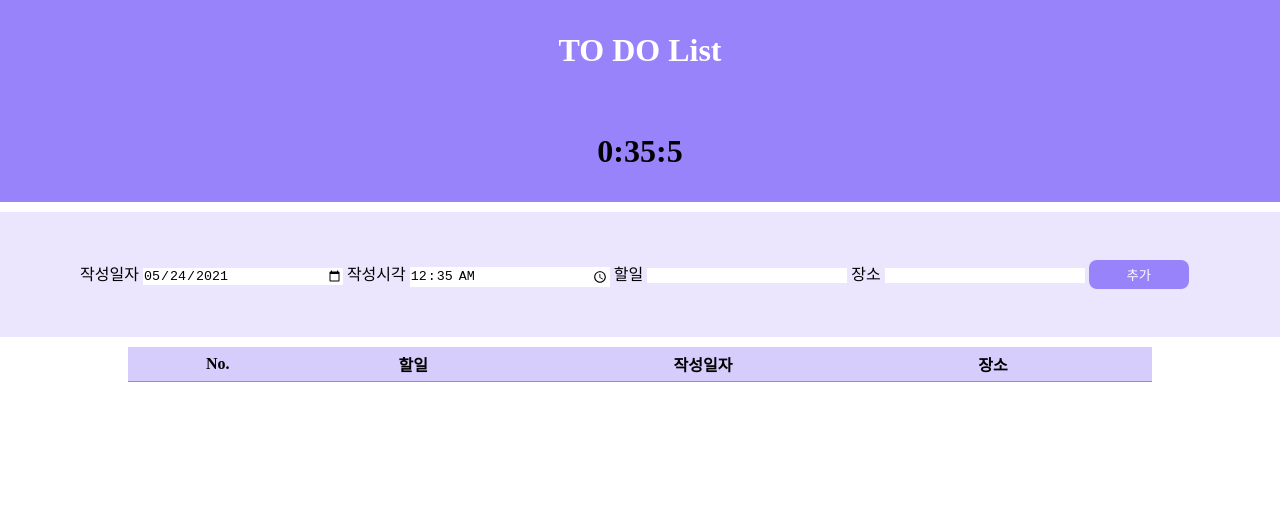
Repository: soyeon-noh/TodoList_Project
Page: http://localhost/Server_PR_TodoList/
An editor plug-in stored every save of this project. The page is shown before and after the next save, followed by the edit.
The browser window is 1280 px wide. The pictures show the whole page.
The page is served by Tomcat 9. Other server files are loaded and not shown. Queries for data that is not in the repository find no rows.

Above is the page before, as saved 2021-05-25 04:10:53.

### Server_PR_TodoList/src/main/webapp/WEB-INF/views/home.jsp
<%@ page language="java" contentType="text/html; charset=UTF-8"
    pageEncoding="UTF-8"%>
<%@ taglib uri="http://java.sun.com/jsp/jstl/core"
			prefix="c"%>
<c:set value="${pageContext.request.contextPath}"
		var="rootPath"/>
<!DOCTYPE html>
<html>
<head>
<meta charset="UTF-8">
<title>TODOList 메인화면</title>
<link href="${rootPath}/static/css/home.css?ver2" rel="stylesheet"/>

<style>

</style>


</head>
  <body>
  	<%@ include file="/WEB-INF/views/include_nav.jsp" %>
    <form class ="v1" method="POST">
    	<div>
    		<label for="date">작성일자</label>
    		<input name="td_date"
    				type="date" value="${TD.td_date}">
    	</div>

    	<div>
    		<label for="time">작성시각</label>
    		<input name="td_time"
    				type="time" value="${TD.td_time}">
    	</div>

    	<div>
    		<label for="todo">할일</label>
    		<input name="td_todo"
    				type="text" value="${TD.td_todo}">
    	</div>

    	<div>
    		<label for="place">장소</label>
    		<input name="td_place"
    				type="text" value="${TD.td_place}">
    	</div>
   		<button class="btn_insert">추가</button>
    </form>

    <table id="tdlist">
      <tr>
        <th>No.</th>
        <th>할일</th>
        <th>작성일자</th>
        <th>장소</th>
        <th></th>
      </tr>
      <c:forEach items="${TDLIST}" var="TD" varStatus="i">
        <tr>
          <td>${i.count}</td>
          <td>${TD.td_todo}</td>
          <td>${TD.td_date}</td>
          <td>${TD.td_place}</td>
          <td><button class="btn_update" data-seq="${TD.td_seq}" type="button">
          		수정</button>
          		<button class="btn_delete" data-seq="${TD.td_seq}" type="button">
          		삭제</button></td>
        </tr>
      </c:forEach>
    </table>
  </body>

  <script>
  // html 코드가 다 화면에 뜨고 나서 실행하라는 명렁
  // 아래 한 줄의 코드가 있어야 어디든디 script를 넣을 수 있다.
	document.addEventListener("DOMContentLoaded",function(){
		document.querySelector("table#tdlist")
		.addEventListener("click", function(ev){
			let className = ev.target.className

			if(className == "btn_delete"){

				let seq = ev.target.dataset.seq
				alert(seq + " 삭제가 완료되었습니다.");

				document
				.location
				.replace( "${rootPath}" +
						"/UD/delete?td_seq="
						+ seq )

			} else if(className == "btn_update"){

				let seq = ev.target.dataset.seq;

				document
				.location
				.href= "${rootPath}" +
						"/UD/update?td_seq="
						+ seq
			}

		})
	})
  </script>

</html>

### Server_PR_TodoList/src/main/webapp/WEB-INF/views/include_nav.jsp
<%@ page language="java" contentType="text/html; charset=UTF-8"
    pageEncoding="UTF-8"%>

<style>
	* {
		margin: 0;
		padding: 0;
		box-sizing: border-box;
	}

    h1.clock {
        color: black;
        text-align: center;
        background-color: rgba(153, 131, 250, 20);
        padding: 2rem;
    }

</style>
<h1>TO DO List</h1>
<h2 class="date"></h2>
<h1 class="clock"></h1>
<script>
	let date = document.querySelector(".date");

    function getDate(){
        const time = new Date();
        const year = time.getUTCFullYear();
        const month = time.getUTCMonth();
        const day = time.getUTCDay();
        date.textContent = year + "-" + month + "-" + day;
    }



	let clock = document.querySelector(".clock");

	function getTime() {
		  const time = new Date();
		  const hour = time.getHours();
		  const minutes = time.getMinutes();
		  const seconds = time.getSeconds();
		  clock.textContent = hour + ":" + minutes + ":" + seconds;


	}

	function init() {
	  setInterval(getTime, 1000);
	}

	init();
</script>

### Server_PR_TodoList/src/main/java/com/callor/todo/controller/HomeController.java
package com.callor.todo.controller;

import java.io.IOException;
import java.text.SimpleDateFormat;
import java.util.Date;
import java.util.List;

import javax.servlet.ServletException;
import javax.servlet.annotation.WebServlet;
import javax.servlet.http.HttpServlet;
import javax.servlet.http.HttpServletRequest;
import javax.servlet.http.HttpServletResponse;

import com.callor.todo.model.TodoListVO;
import com.callor.todo.service.TodoService;
import com.callor.todo.service.impl.TodoServiceImplV1;

@WebServlet("/")
public class HomeController extends HttpServlet{

	protected TodoService tdService;
	public HomeController() {
		tdService = new TodoServiceImplV1();
	}
	@Override
	protected void doGet(HttpServletRequest req, HttpServletResponse resp) throws ServletException, IOException {
		// TODO selectAll()
		List<TodoListVO> tdList = tdService.selectAll();
		req.setAttribute("TDLIST", tdList);

		// TODO insert()
		TodoListVO tdVO = new TodoListVO();

		// SimpleDateFormat : 날짜 및 시간을 형식화하고 구문 분석하는 메소드 제공
		SimpleDateFormat sd = new SimpleDateFormat("yyyy-MM-dd");
		SimpleDateFormat st = new SimpleDateFormat("HH:mm:ss");

		// 현재시간을 저장
		Date date = new Date(System.currentTimeMillis());

		// 현재 시간을 변환해 VO에 넣어준다
		tdVO.setTd_seq(0L);
		tdVO.setTd_date(sd.format(date));
		tdVO.setTd_time(st.format(date));

		req.setAttribute("TD", tdVO);

		// home.jsp 화면을 보여줘라
		RequestController.reqController(req, resp, "home");
	}
	@Override
	protected void doPost(HttpServletRequest req, HttpServletResponse resp) throws ServletException, IOException {
		// TODO insert()

		// 한글 인코딩 세팅
		req.setCharacterEncoding("UTF-8");

		// user가 입력한 data 확인
		String td_date = req.getParameter("td_date");
		String td_time = req.getParameter("td_time");
		String td_todo = req.getParameter("td_todo");
		String td_place = req.getParameter("td_place");

		TodoListVO tdVO = new TodoListVO();
		tdVO.setTd_date(td_date);
		tdVO.setTd_time(td_time);
		tdVO.setTd_todo(td_todo);
		tdVO.setTd_place(td_place);

		tdService.insert(tdVO);

		System.out.println("insert : " + tdVO);

		resp.sendRedirect("/todo");
	}

}

### Server_PR_TodoList/src/main/java/com/callor/todo/service/impl/TodoServiceImplV1.java
package com.callor.todo.service.impl;

import java.sql.Connection;
import java.sql.PreparedStatement;
import java.sql.ResultSet;
import java.sql.SQLException;
import java.util.ArrayList;
import java.util.List;

import com.callor.todo.config.DbInfo;
import com.callor.todo.config.MySQLConnection;
import com.callor.todo.model.TodoListVO;
import com.callor.todo.service.TodoService;

public class TodoServiceImplV1 implements TodoService{

	// 먼저 db와 연결
	protected Connection dbConn;

	public TodoServiceImplV1() {
		dbConn = MySQLConnection.getDBConnection();
	}


	protected List<TodoListVO> select(PreparedStatement pStr) throws SQLException{
		// TODO DB로부터 데이터를 받아와 List에 저장
		List<TodoListVO> tdList = new ArrayList<TodoListVO>();

		ResultSet rSet = pStr.executeQuery();
		while(rSet.next()) {
			TodoListVO tdVO = new TodoListVO();
			tdVO.setTd_seq(rSet.getLong(DbInfo.td_seq));
			tdVO.setTd_date(rSet.getString(DbInfo.td_date));
			tdVO.setTd_time(rSet.getString(DbInfo.td_time));
			tdVO.setTd_todo(rSet.getString(DbInfo.td_todo));
			tdVO.setTd_place(rSet.getString(DbInfo.td_place));
			tdList.add(tdVO);
		}

		// 데이터 확인
		System.out.println("select : " + tdList.toString());
		return tdList;
	}

	@Override
	public List<TodoListVO> selectAll() {
		// TODO List 전체 데이터 조회

		String sql = " SELECT * FROM tbl_todo_list ";
		sql += " ORDER BY td_date DESC, td_time DESC ";

		PreparedStatement pStr = null;

		try {
			pStr = dbConn.prepareStatement(sql);
			List<TodoListVO> tdList = this.select(pStr);
			pStr.close();

			System.out.println("selectAll : " + tdList.toString());
			return tdList;
		} catch (SQLException e) {
			// TODO Auto-generated catch block
			e.printStackTrace();
		}
		return null;
	}

	@Override
	public TodoListVO findById(Long seq) {
		// TODO 일련번호로 조회
		String sql = " SELECT * FROM tbl_todo_list ";
		sql += " WHERE td_seq = ? ";

		PreparedStatement pStr = null;

		try {
			pStr = dbConn.prepareStatement(sql);
			pStr.setLong(1, seq);

			List<TodoListVO> tdList = this.select(pStr);

			pStr.close();

			if(tdList != null && tdList.size() > 0) {
				return tdList.get(0);
			}


		} catch (SQLException e) {
			// TODO Auto-generated catch block
			e.printStackTrace();
		}
		return null;
	}

	@Override
	public List<TodoListVO> findByDate(String td_date) {
		// TODO 날짜로 조회
		String sql = " SELECT * FROM tbl_todo_list ";
		sql += " WHERE td_date = ? ";

		PreparedStatement pStr = null;

		try {
			pStr = dbConn.prepareStatement(sql);
			pStr.setString(1, td_date);

			List<TodoListVO> tdList = this.select(pStr);

			pStr.close();
			return tdList;

		} catch (SQLException e) {
			// TODO Auto-generated catch block
			e.printStackTrace();
		}
		return null;
	}

	@Override
	public List<TodoListVO> findByTodo(String td_todo) {
		// TODO 할일내용으로 조회
		return null;
	}

	@Override
	public List<TodoListVO> findByPlace(String td_place) {
		// TODO 장소로 조회
		return null;
	}

	@Override
	public Integer insert(TodoListVO tdVO) {
		// TODO 데이터 추가

		String sql = " INSERT INTO tbl_todo_list ";
		sql += " ( ";
		sql += " td_date, ";
		sql += " td_time, ";
		sql += " td_todo, ";
		sql += " td_place) ";
		sql += " VALUES( ?,?,?,? ) ";


		// SQL 구문을 실행시키는 객체
		PreparedStatement pStr = null;

		try {
			pStr = dbConn.prepareStatement(sql);
			pStr.setString(1, tdVO.getTd_date());
			pStr.setString(2, tdVO.getTd_time());
			pStr.setString(3, tdVO.getTd_todo());
			pStr.setString(4, tdVO.getTd_place());

			return pStr.executeUpdate();

		} catch (SQLException e) {
			// TODO Auto-generated catch block
			e.printStackTrace();
		}
		return null;
	}


	@Override
	public Integer update(TodoListVO tdVO) {
		// TODO 데이터 업데이트
		String sql = " UPDATE tbl_todo_list SET ";
		sql += " td_date = ?, ";
		sql += " td_time = ?, ";
		sql += " td_todo = ?, ";
		sql += " td_place = ? ";

		sql += " WHERE td_seq = ? ";

		PreparedStatement pStr = null;

		try {
			pStr = dbConn.prepareStatement(sql);
			pStr.setString(1, tdVO.getTd_date());
			pStr.setString(2, tdVO.getTd_time());
			pStr.setString(3, tdVO.getTd_todo());
			pStr.setString(4, tdVO.getTd_place());

			pStr.setLong(5, tdVO.getTd_seq());
			return pStr.executeUpdate();

		} catch (SQLException e) {
			// TODO Auto-generated catch block
			e.printStackTrace();
		}

		return null;
	}

	@Override
	public Integer delete(Long seq) {
		// TODO 데이터 삭제

		String sql = " DELETE FROM tbl_todo_list ";
		sql += "WHERE td_seq = ?";

		PreparedStatement pStr = null;

		try {
			pStr = dbConn.prepareStatement(sql);
			pStr.setLong(1, seq);
			return pStr.executeUpdate();

		} catch (SQLException e) {
			// TODO Auto-generated catch block
			e.printStackTrace();
		}
		return null;
	}
}

### Server_PR_TodoList/src/main/java/com/callor/todo/config/MySQLConnection.java
package com.callor.todo.config;

import java.sql.Connection;
import java.sql.DriverManager;
import java.sql.SQLException;

public class MySQLConnection {

	private static Connection dbConn;

	static {

		String jdbcDriver = "com.mysql.cj.jdbc.Driver";
		String url = "jdbc:mysql://localhost:3306/todolist";
		String username = "tdUser";
		String password = "12345";

		try {
			Class.forName(jdbcDriver);
			if(dbConn == null) {
				dbConn = DriverManager.getConnection(url, username, password);
			}
			System.out.println("MySQL 접속 성공!!");
		} catch (ClassNotFoundException e) {
			System.out.println("MySQL Driver 를 찾을 수 없음");
		} catch (SQLException e) {
			System.out.println("MySQL DBMS 연결 실패");
		}
	}

	public static Connection getDBConnection() {
		return dbConn;
	}

}

### Server_PR_TodoList/src/main/java/com/callor/todo/model/TodoListVO.java
package com.callor.todo.model;

import lombok.AllArgsConstructor;
import lombok.Getter;
import lombok.NoArgsConstructor;
import lombok.Setter;
import lombok.ToString;

@Getter
@Setter
@ToString
@NoArgsConstructor
@AllArgsConstructor
public class TodoListVO {

	private Long td_seq;	//BIGINT
    private String td_date;	//VARCHAR(20)
    private String td_time;	//VARCHAR(20)
	private String td_todo;	//VARCHAR(200)
    private String td_place;	//VARCHAR(125)
}

### Server_PR_TodoList/src/main/java/com/callor/todo/controller/RequestController.java
package com.callor.todo.controller;

import java.io.IOException;

import javax.servlet.ServletException;
import javax.servlet.http.HttpServlet;
import javax.servlet.http.HttpServletRequest;
import javax.servlet.http.HttpServletResponse;

public class RequestController extends HttpServlet{

	public static void reqController (HttpServletRequest req,
			HttpServletResponse resp, String file) throws ServletException, IOException {

		String root = "/WEB-INF/views/" + file + ".jsp";

		req.getRequestDispatcher(root)
		.forward(req, resp);


	}

}

### Server_PR_TodoList/src/main/webapp/static/css/home.css
@charset "UTF-8";

/* 여백 초기화 */
* {
	margin: 0;
	padding: 0;
	box-sizing: border-box;
}

h1 {
	color: white;
	text-align: center;
	background-color: rgba(153,131,250,1);
	padding: 2rem;

}

form.v1 {
	background-color: rgba(153,131,250,0.2);
	padding: 3rem 5rem 3rem 5rem;
	margin: 10px auto;
}

form.v1 div{
	display: inline-block;
}

form.v1 label{
	width: 150px;
	text-align: right;
}

form.v1 input{
	width: 200px;
	border: 1px;

}

form.v1 button{
		outline: 0;
		border: 0;
		width: 100px;
		color: white;
		padding: 5px;
		background-color: rgba(153,131,250,1);
		border-radius: 8px;
}

table {
	border-collapse: collapse;
	width: 80%;
	margin: 10px auto;
}

td, th {
	border-bottom: 1px solid #9882FA;
	padding: 5px;
	text-align: center;
}

th {
	background-color: rgba(153,131,250,0.4);
}

After the next save:
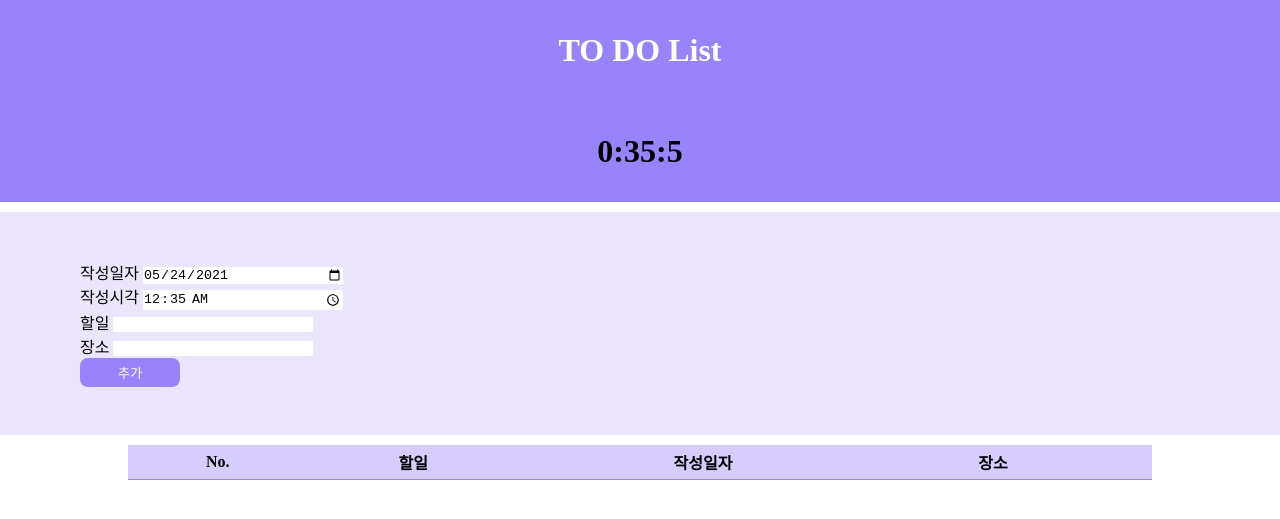
Saved 5 min 46 s later.
--- a/Server_PR_TodoList/src/main/webapp/static/css/home.css
+++ b/Server_PR_TodoList/src/main/webapp/static/css/home.css
@@ -21,9 +21,7 @@ form.v1 {
 	margin: 10px auto;
 }
 
-form.v1 div{
-	display: inline-block;
-}
+
 
 form.v1 label{
 	width: 150px;
